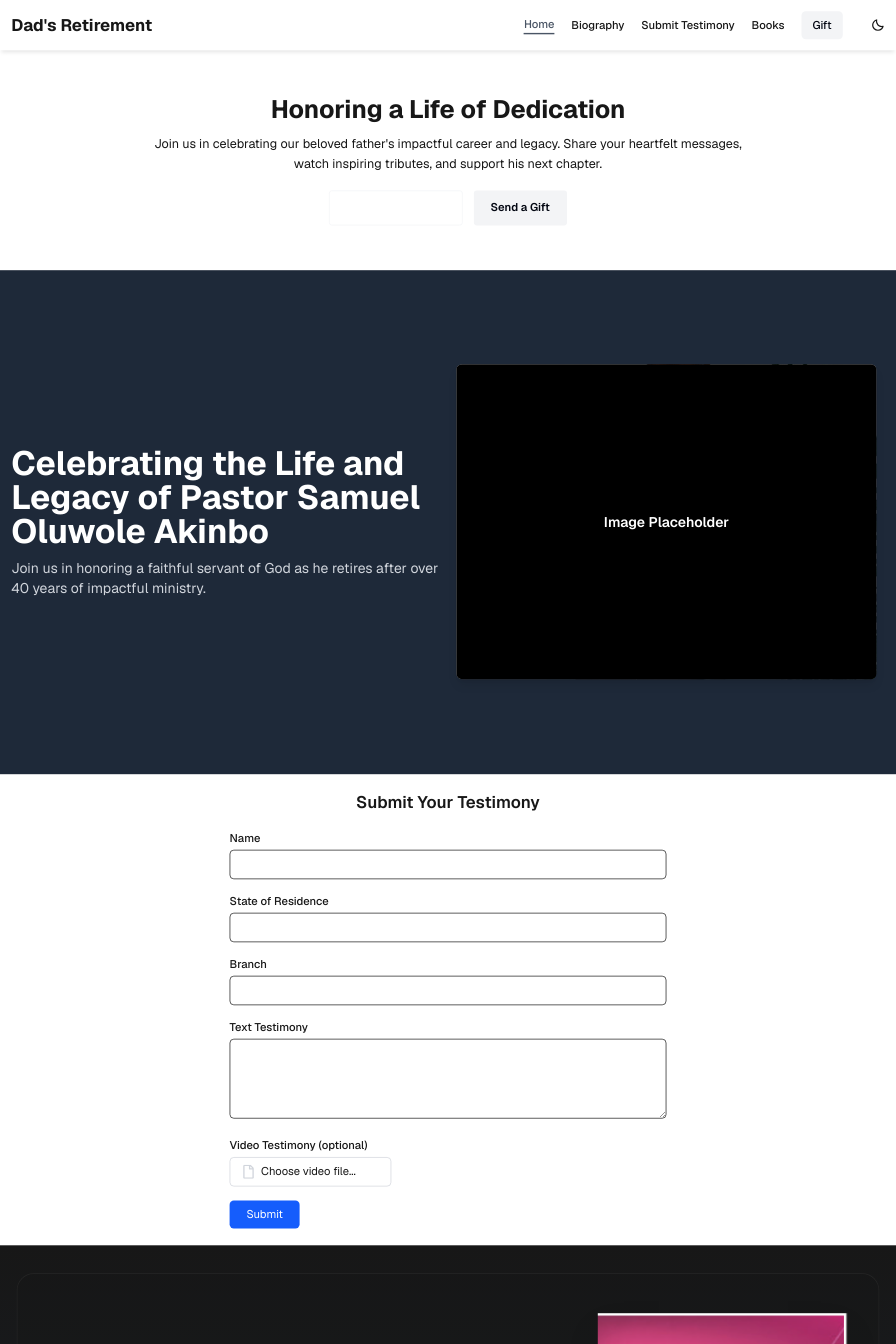
Repository: EmmyDunny1/pastor-oluwole-akinbo
Page: /
The author's editor kept a copy of each file at every save. The page is drawn from the files as they stood at one save, then again after a run of saves.
The browser window is 1280 px wide. The pictures show the part of the page from y = 0 to 1920 px (the page is 3077 px tall), at 70% of full size.
The page's requests for data from a server got no answer. The project was rebuilt for these pictures with package versions that can differ from the ones it lists, and the page was loaded fresh each time. The framework's server and built-in components were replaced by stand-ins that run in the browser. No one was signed in, and anything a server would have sent is missing. Also part of the build but not shown: next.config.ts, components/BooksCarousel.Module.css.

Above is the page before, as saved 2025-08-13 12:23:43.

After the next 3 saves:
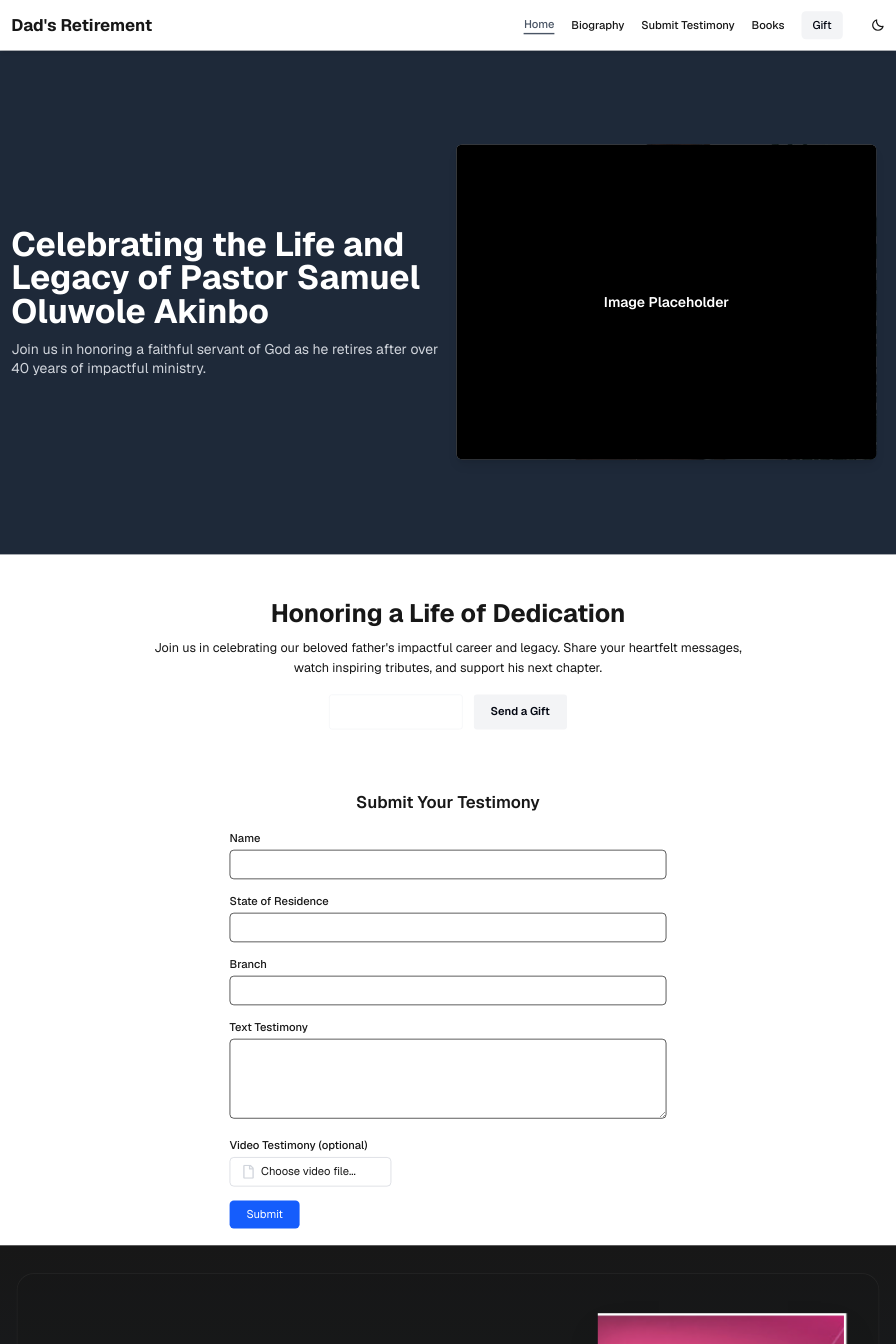
The 3 saves are shown as one change because they came seconds apart.
The last was saved 119 s later.
--- a/app/page.tsx
+++ b/app/page.tsx
@@ -14,6 +14,7 @@ import HeroPage from "./HeroPage/page";
 export default function Home() {
   return (
    <>
+      <HeroPage/>
 <div> <section className="max-w-4xl mx-auto text-center py-16 px-4">
       <h2 className="text-4xl font-bold mb-4">Honoring a Life of Dedication</h2>
       <p className="text-lg mb-6">
@@ -25,7 +26,7 @@ export default function Home() {
         <Link href="/Gift" className="bg-gray-100  text-gray-950 px-6 py-3 rounded font-semibold">Send a Gift</Link>
       </div>
     </section></div>
-    <HeroPage/>
+
     <TestimonyForm />
     <BookLaunch />
 
